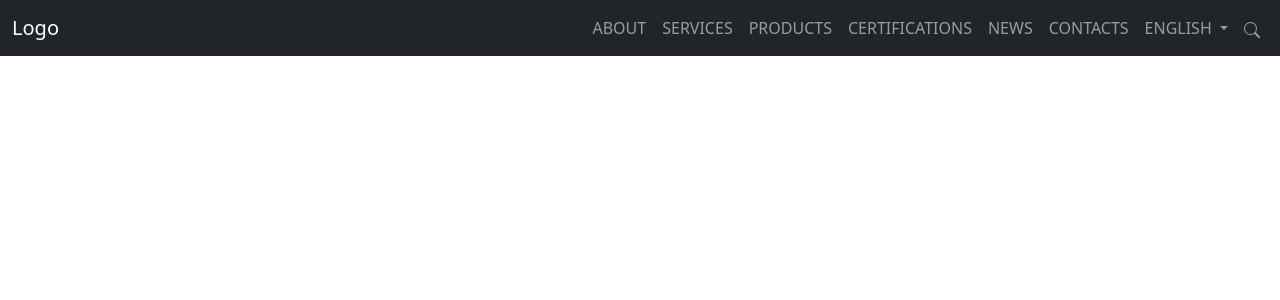
Repository: nourHellani/Buckler
Page: index.html
The author's editor kept a copy of each file at every save. The page is drawn from the files as they stood at one save, then again after the next save.
The browser window is 1280 px wide. The pictures show the whole page.

Above is the page before, as saved 2023-02-13 11:12:13.

### index.html
<!DOCTYPE html>
<html lang="en">
<head>
    <meta charset="UTF-8">
    <meta http-equiv="X-UA-Compatible" content="IE=edge">
    <meta name="viewport" content="width=device-width, initial-scale=1.0">
    <link href="https://cdn.jsdelivr.net/npm/bootstrap@5.2.3/dist/css/bootstrap.min.css" rel="stylesheet">
    <script src="https://cdn.jsdelivr.net/npm/bootstrap@5.2.3/dist/js/bootstrap.bundle.min.js"></script>

    <title>Buckler</title>
</head>
<body>

    <nav class="navbar navbar-expand-sm navbar-dark bg-dark">
        <div class="container-fluid">
          <a class="navbar-brand" href="javascript:void(0)">Logo</a>
          <button class="navbar-toggler" type="button" data-bs-toggle="collapse" data-bs-target="#mynavbar">
            <span class="navbar-toggler-icon"></span>
          </button>

            <form class="d-flex">
                <div class="collapse navbar-collapse" id="mynavbar">
                    <ul class="navbar-nav me-auto">
                      <li class="nav-item">
                        <a class="nav-link" href="javascript:void(0)">ABOUT</a>
                      </li>
                      <li class="nav-item">
                        <a class="nav-link" href="javascript:void(0)">SERVICES</a>
                      </li>
                      <li class="nav-item">
                        <a class="nav-link" href="javascript:void(0)">PRODUCTS</a>
                      </li>
                      <li class="nav-item">
                        <a class="nav-link" href="javascript:void(0)">CERTIFICATIONS</a>
                      </li>
                      <li class="nav-item">
                        <a class="nav-link" href="javascript:void(0)">NEWS</a>
                      </li>
                      <li class="nav-item">
                        <a class="nav-link" href="javascript:void(0)">CONTACTS</a>
                      </li>
                      <li class="nav-item dropdown">
                        <a class="nav-link dropdown-toggle" href="#" id="navbarScrollingDropdown" role="button" data-bs-toggle="dropdown" aria-expanded="false">
                            ENGLISH
                        </a>

                        <ul class="dropdown-menu" aria-labelledby="navbarScrollingDropdown">
                          <li><a class="dropdown-item" href="#">ENGLISH</a></li>
                          <li><a class="dropdown-item" href="#">ARABIC</a></li>
                        </ul>
                      </li>
                      <li class="nav-item">
                        <a class="nav-link" href="javascript:void(0)"><svg xmlns="http://www.w3.org/2000/svg" width="16" height="16" fill="currentColor" class="bi bi-search" viewBox="0 0 16 16">
                            <path d="M11.742 10.344a6.5 6.5 0 1 0-1.397 1.398h-.001c.03.04.062.078.098.115l3.85 3.85a1 1 0 0 0 1.415-1.414l-3.85-3.85a1.007 1.007 0 0 0-.115-.1zM12 6.5a5.5 5.5 0 1 1-11 0 5.5 5.5 0 0 1 11 0z"/>
                          </svg></a>
                      </li>

                    </ul>
            </form>
          </div>
        </div>
      </nav>

</body>
</html>

After the next save:
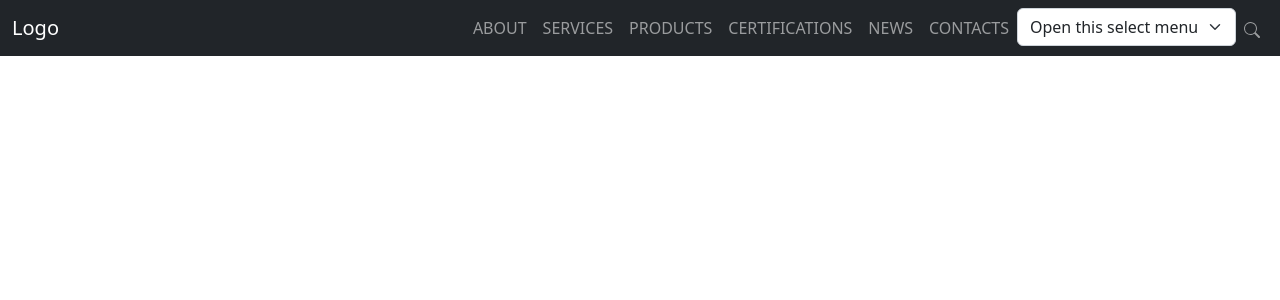
Saved 8 s later.
--- a/index.html
+++ b/index.html
@@ -40,14 +40,12 @@
                         <a class="nav-link" href="javascript:void(0)">CONTACTS</a>
                       </li>
                       <li class="nav-item dropdown">
-                        <a class="nav-link dropdown-toggle" href="#" id="navbarScrollingDropdown" role="button" data-bs-toggle="dropdown" aria-expanded="false">
-                            ENGLISH
-                        </a>
-
-                        <ul class="dropdown-menu" aria-labelledby="navbarScrollingDropdown">
-                          <li><a class="dropdown-item" href="#">ENGLISH</a></li>
-                          <li><a class="dropdown-item" href="#">ARABIC</a></li>
-                        </ul>
+                        <select class="form-select" aria-label="Default select example">
+                            <option selected>Open this select menu</option>
+                            <option value="1">One</option>
+                            <option value="2">Two</option>
+                            <option value="3">Three</option>
+                          </select>
                       </li>
                       <li class="nav-item">
                         <a class="nav-link" href="javascript:void(0)"><svg xmlns="http://www.w3.org/2000/svg" width="16" height="16" fill="currentColor" class="bi bi-search" viewBox="0 0 16 16">
